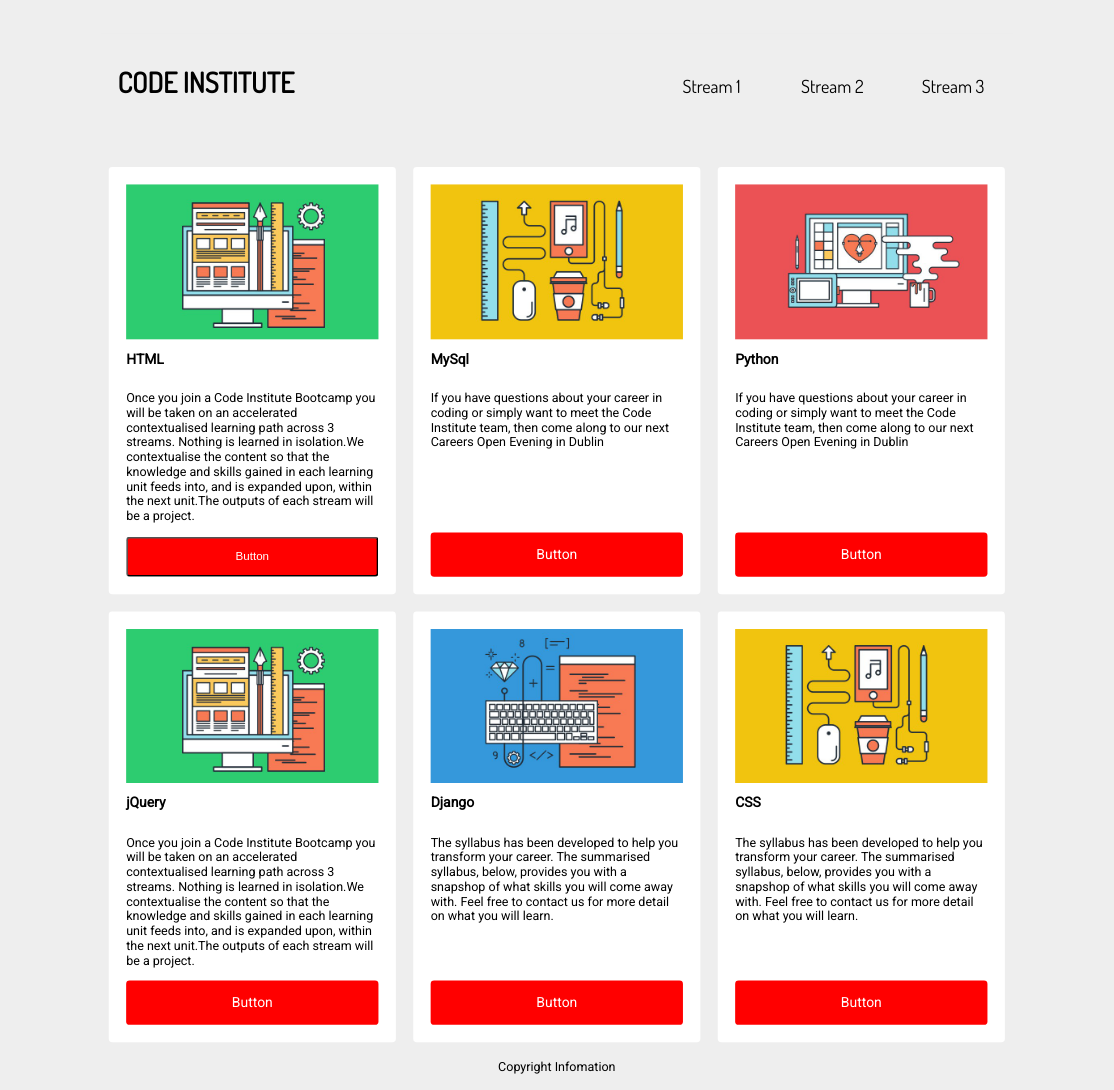
Repository: Vicky185/jquery-events-methodchainschallenges
Page: cards-jquery.html
The author's editor kept a record of every edit. The page is drawn from the files as they stood at one moment, then again after the next edit.
The browser window is 1280 px wide. The pictures show the whole page, at 87% of full size.

Above is the page before.

After the next edit:
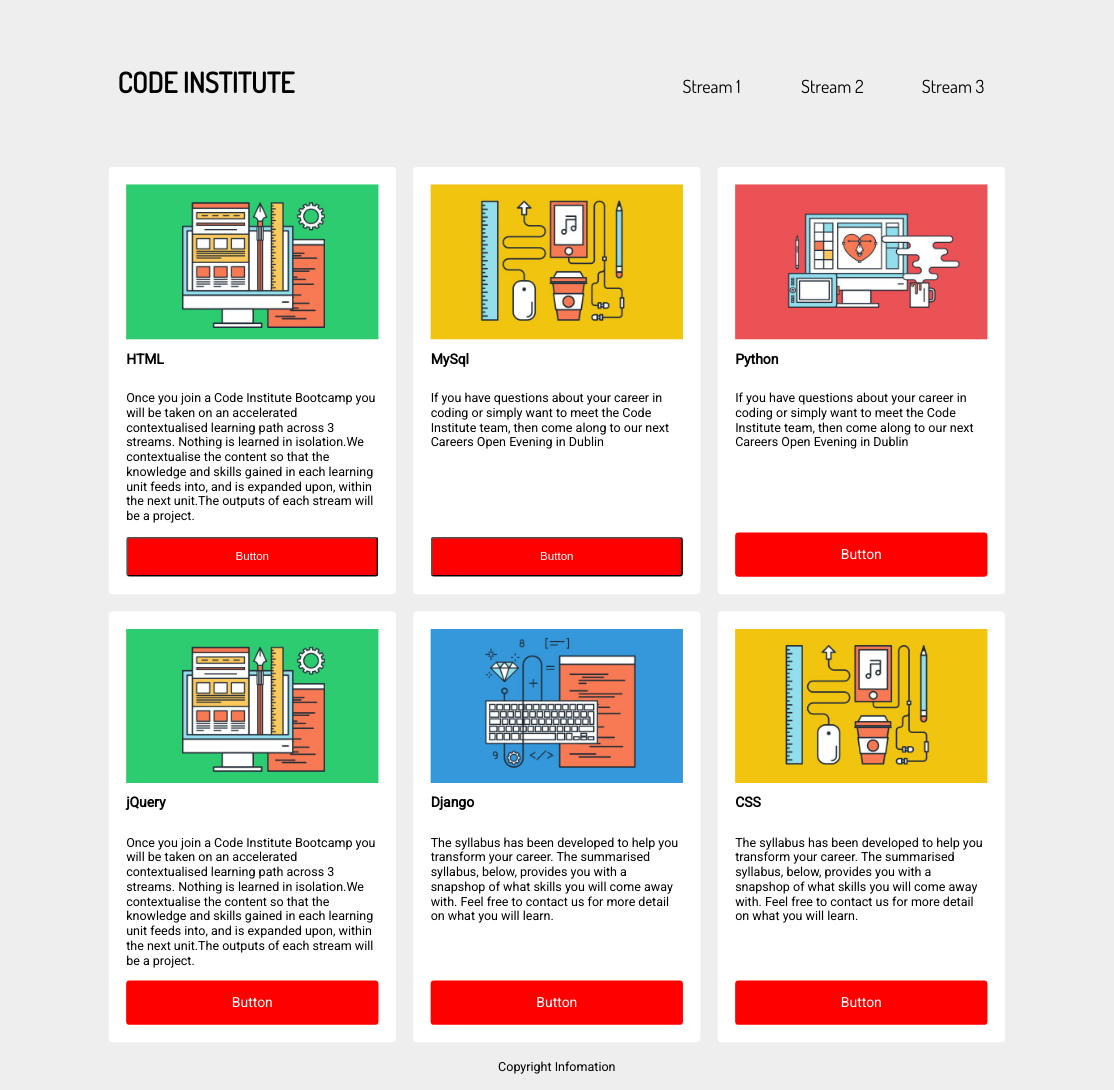
The edit:
--- a/cards-jquery.html
+++ b/cards-jquery.html
@@ -30,7 +30,7 @@
 			<img class="card_image "src="img/1.png" alt="MySql logo">
 			<h2 class="card_head">MySql</h2>
 			<p class="card_para">If you have questions about your career in coding or simply want to meet the Code Institute team, then come along to our next Careers Open Evening in Dublin</p>
-			<a href="" class="bottom_button makeRed">Button</a>
+			<button class="bottom_button makeRed">Button</button>
 		</div>
 
 		<div class="card stream2-card">
